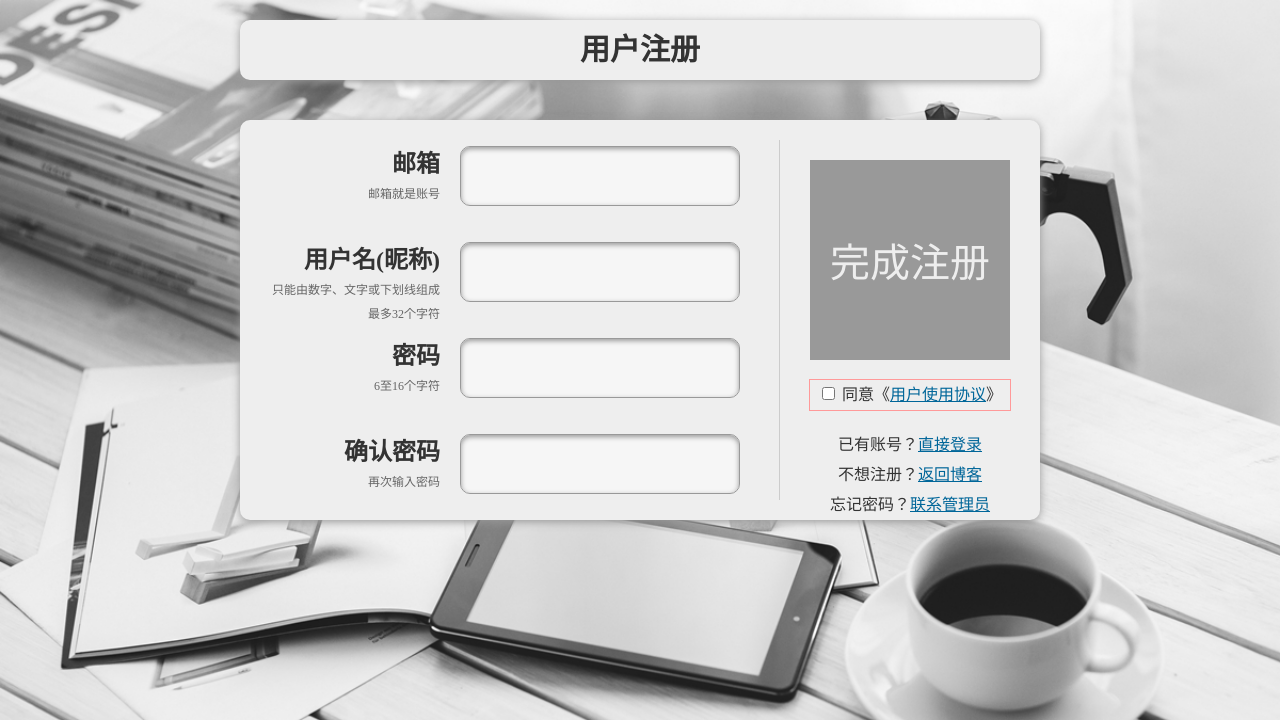
Repository: SUT-GC/myblog
Page: http://localhost/myblog/jsp/registered/registered.jsp
These files come from the project's save history. The page is drawn as it stood at one moment and after the next save; the edit follows.
The browser window is 1280 px wide. The pictures show the whole page.
The page is served by Tomcat 9. Other server files are loaded and not shown.

Above is the page before, as saved 2015-10-01 09:55:45.

### javaee_workspace/myblog/WebContent/jsp/registered/registered.jsp
<%@ page language="java" contentType="text/html; charset=utf-8"
    pageEncoding="utf-8"%>
<!DOCTYPE html PUBLIC "-//W3C//DTD HTML 4.01 Transitional//EN" "http://www.w3.org/TR/html4/loose.dtd">
<html>
<head>
<meta http-equiv="Content-Type" content="text/html; charset=utf-8" />
<title>GC博客用户注册</title>
<script id="jquery_183" type="text/javascript" class="library" src="js/jquery-1.8.3.min.js"></script>
</head>
<body>
<div class="back">
<div id="top"><h1>用户注册</h1></div>
<div class="form-bak">
<form method="post" action="../login/login.jsp" onsubmit="adaptValue();">
<div class="left">
<div class="line" id="line_account">
<div class="info">
<strong>邮箱</strong>
<span class="tips">邮箱就是账号</span>
</div>
<div class="input">
<input type="text" name="account" id="account" onblur="v_account();" onkeyup="v_account();"/>
<div class="none">
<span></span>
</div>
</div>
</div>
<div class="line" id="line_name">
<div class="info">
<strong>用户名(昵称)</strong>
<span class="tips">只能由数字、文字或下划线组成<br />最多32个字符</span>
</div>
<div class="input">
<input type="text" name="name" id="name" onblur="v_name();" onkeyup="v_name();" />
<div class="none">
<span></span>
</div>
</div>
</div>
<div class="line" id="line_password">
<div class="info">
<strong>密码</strong>
<span class="tips">6至16个字符</span>
</div>
<div class="input">
<input type="password" name="password" id="password" onblur="v_password();" onkeyup="v_password();" />
<div class="none">
<span></span>
</div>
</div>
</div>
<div class="line" id="line_repeat">
<div class="info">
<strong>确认密码</strong>
<span class="tips">再次输入密码</span>
</div>
<div class="input">
<input type="password" name="repeat" id="repeat" onblur="v_repeat();" onkeyup="v_repeat();" />
<div class="none">
<span></span>
</div>
</div>
</div>
</div>
<div class="right">
<input type="submit" id="submit" value="完成注册" disabled="disabled"/>
<div class="readagreement-wrap" onclick="onReadAgreementClick();">
<input type="checkbox" name="agree" id="agree" onchange="v_submitbutton();" />
同意《<a id="readagreement" href="#agreement" onclick="showAgreement();" title="查看用户使用协议">用户使用协议</a>》
</div>
<div>已有账号？<a href="../login/login.jsp">直接登录</a></div>
<div>不想注册？<a href="../nav/index.jsp">返回博客</a></div>
<div>忘记密码？<a href="#">联系管理员</a></div>
</div>
</form>
</div>
<div id="agreement" class="agreement" style="display:none;">
<h1>用户使用协议</h1>
<iframe src=""></iframe>
<input type="button" value="同意" onclick="agree();"/>
<a href="#" class="backtotop" >返回顶部</a>
</div>
</div>
</body>
</html>
<style>* { font-family:"微软雅黑","黑体","宋体"; color:#333;}
a {color:#069;}
body {margin:0; padding:0; background:#ddd;  background: url('img/registered_bg.jpg');
  background-size: 100%,auto;}
.form-bak {width:800px; height:400px; margin:40px auto; background:#eee; border-radius:10px; box-shadow:0 2px 8px #999;}
.left {float:left; width:500px; height:400px;}
.line {width:100%; height:80px; margin:16px 0 0 0;}
.info {float:left; height:100%; width:200px;}
.info strong, .info span {display:block; text-align:right;}
.info strong {font-size:24px; line-height:36px; margin-top:10px; color:#333; }
.info span {font-size:12px; line-height:24px; color:#666; font-family:"微软雅黑","宋体"; }
.input input {background:none; border:none; outline:none; font-size:18px; line-height:40px; height:40px; width:240px; padding:9px 0 9px 9px; border-radius:10px;}
.input {float:right; width:278px; height:58px; background:#f6f6f6; border:1px solid #999; border-radius:10px; box-shadow:inset 0 2px 5px #999; margin:10px 0; position:relative; }
.error,.corect {height:20px; width:20px; position:absolute; top:19px; right:9px; background:url("js/ICON_20.svg") no-repeat 0 -20px;}
.error span {display:block; position:absolute; top:30px; right:20px; background:#fcc; border:1px solid #f33; font-size:12px; line-height:16px; color:#600; padding:6px 10px 4px 10px; border-radius:5px; opacity:.8; white-space:nowrap; overflow:hidden;}
.corect {background-position:0 0;}
.corect span{display:none;}
.none {display:none;}

.right {float:right; width:260px; height:360px; margin:20px 0 0 0; border-left:1px solid #ccc;}
input[type=submit] {background:none; border:none; outline:none; margin:0; padding:0; cursor:pointer;
font-size:40px; height:200px; width:200px; background:#369; margin:20px 30px 0 30px; color:#eee;}
input[type=submit]:disabled {background:#999; cursor:no-drop;}
.right div { margin:0 30px; width:200px; height:30px; line-height:30px; text-align:center;}
.readagreement-wrap {margin:20px 30px!important; outline:1px solid #f99;}

#top h1 {font-size:30px; line-height:40px; padding:10px; text-align:center;}
.agreement,#top {width:800px; margin:20px auto; background:#eee; border-radius:10px; box-shadow:0 2px 8px #999; text-align:center;}
.agreement h1 {display:block; font-size:24px; line-height:30px; padding:20px 20px 10px 20px; margin:0; color:#333; text-align:center;}
.agreement iframe { width:760px; min-height:400px; margin:0 20px 20px 20px; border:none; outline:none;}
.agreement .backtotop {display:block; line-height:20px; padding:10px; text-align:center;}
</style>

<script>function enableSubmit(bool){
if(bool)$("#submit").removeAttr("disabled");
else $("#submit").attr("disabled","disabled");
}
function v_submitbutton(){
if($("#agree").attr("checked")!="checked") {
enableSubmit(false);
$(".readagreement-wrap").css("outline","1px solid #f99");
return;
}else{$(".readagreement-wrap").css("outline","1px solid #9f9");}
for(f in flags) if(!flags[f]) {enableSubmit(false); return;}
enableSubmit(true);
}
function showAgreement(){
$("#readagreement").removeAttr("onclick");
$("#agreement").show();
$("#agreement iframe").attr("src","http://www.baidu.com");//此处为链接地址
}
function agree(){
$("#agreement").hide();
$("#readagreement").attr("onclick","showAgreement();");
if($("#agree").attr("checked")!="checked") $("#agree").trigger("click");
}
function onReadAgreementClick(){
return;
if($("#agree").attr("checked")){
$("#agree").removeAttr("checked");
}else{
$("#agree").attr("checked","checked");
}
v_submitbutton();
}
var flags = [false,false,false,false];
//邮箱验证，网上找到的正则
var RegEmail = /^([a-zA-Z0-9]+[_|\_|\.]?)*[a-zA-Z0-9]+@([a-zA-Z0-9]+[_|\_|\.]?)*[a-zA-Z0-9]+\.[a-zA-Z]{2,3}$/;
function lineState(name,state,msg){
if(state=="none"){$("#line_"+name+" .input div").attr("class","none"); return;}
if(state=="corect"){$("#line_"+name+" .input div").attr("class","corect");return;}
$("#line_"+name+" .input span").text(msg);$("#line_"+name+" .input div").attr("class","error");
}
function v_account(){
var account = $("#account").val();
if(!RegEmail.test(account)) {lineState("account","error","邮箱格式不正确"); flags[0]=false;enableSubmit(false);}
else{lineState("account","corect","");flags[0] = true;}
v_submitbutton();
}
function v_name(){
var name = $("#name").val();
if(name.length==0) {lineState("name","error","不得为空"); flags[1]=false;}
else{
if(name.length>32) {lineState("name","error","必须少于32个字符"); flags[1]=false;}
else{lineState("name","corect",""); flags[1] = true;}
}
v_submitbutton();
}
function v_password(){
var password = $("#password").val();
if(password.length<6) {lineState("password","error","必须多于或等于6个字符"); flags[2]=false;}
else{
if(password.length>16){lineState("password","error","必须少于或等于16个字符"); flags[2]=false;}
else{
lineState("password","corect","");
flags[2] = true;
}
}
v_repeat();
v_submitbutton();
}
function v_repeat(){
if(!flags[2]) {lineState("repeat","none",""); return;}
if($("#password").val()!=$("#repeat").val()) {lineState("repeat","error","密码不一致"); flags[3]=false;}
else{
lineState("repeat","corect","");
flags[3] = true;
}
v_submitbutton();
}

function adaptValue(){
return true;
}</script>

Loaded but not shown: javaee_workspace/myblog/WebContent/jsp/registered/js/jquery-1.8.3.min.js (library)

After the next save:
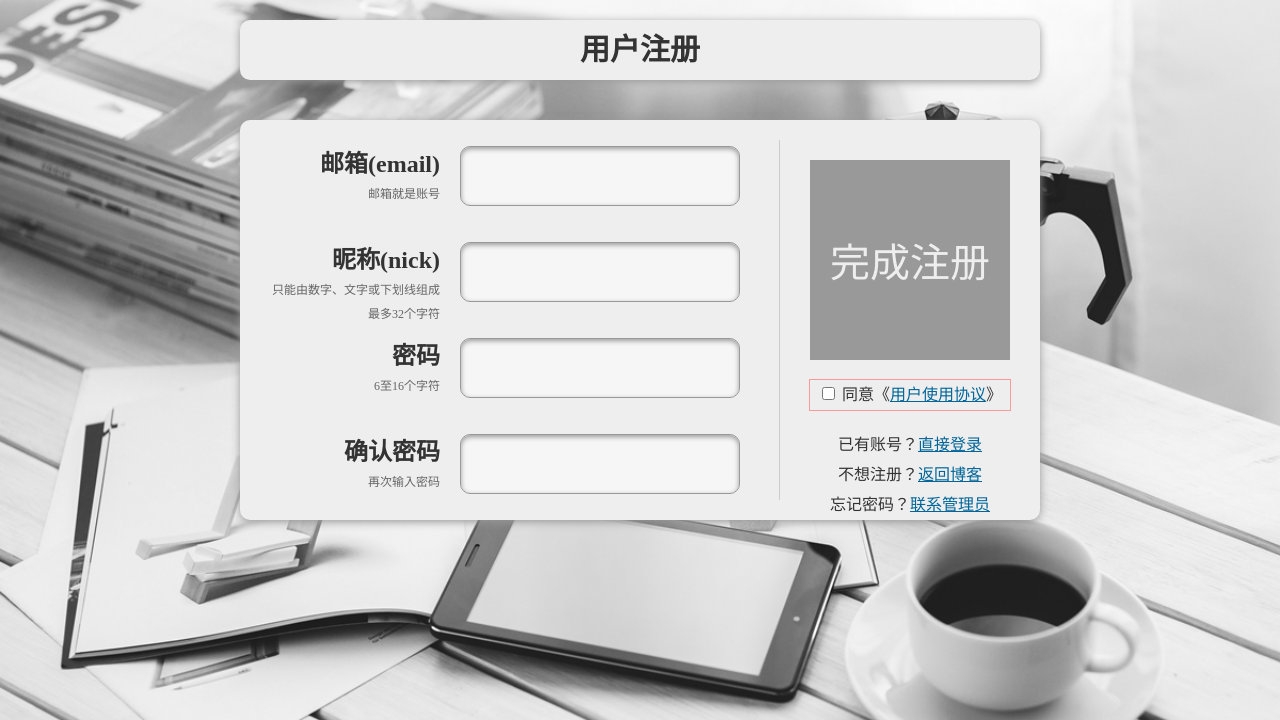
Saved 28 s later.
--- a/javaee_workspace/myblog/WebContent/jsp/registered/registered.jsp
+++ b/javaee_workspace/myblog/WebContent/jsp/registered/registered.jsp
@@ -15,7 +15,7 @@
 <div class="left">
 <div class="line" id="line_account">
 <div class="info">
-<strong>邮箱</strong>
+<strong>邮箱(email)</strong>
 <span class="tips">邮箱就是账号</span>
 </div>
 <div class="input">
@@ -27,7 +27,7 @@
 </div>
 <div class="line" id="line_name">
 <div class="info">
-<strong>用户名(昵称)</strong>
+<strong>昵称(nick)</strong>
 <span class="tips">只能由数字、文字或下划线组成<br />最多32个字符</span>
 </div>
 <div class="input">
